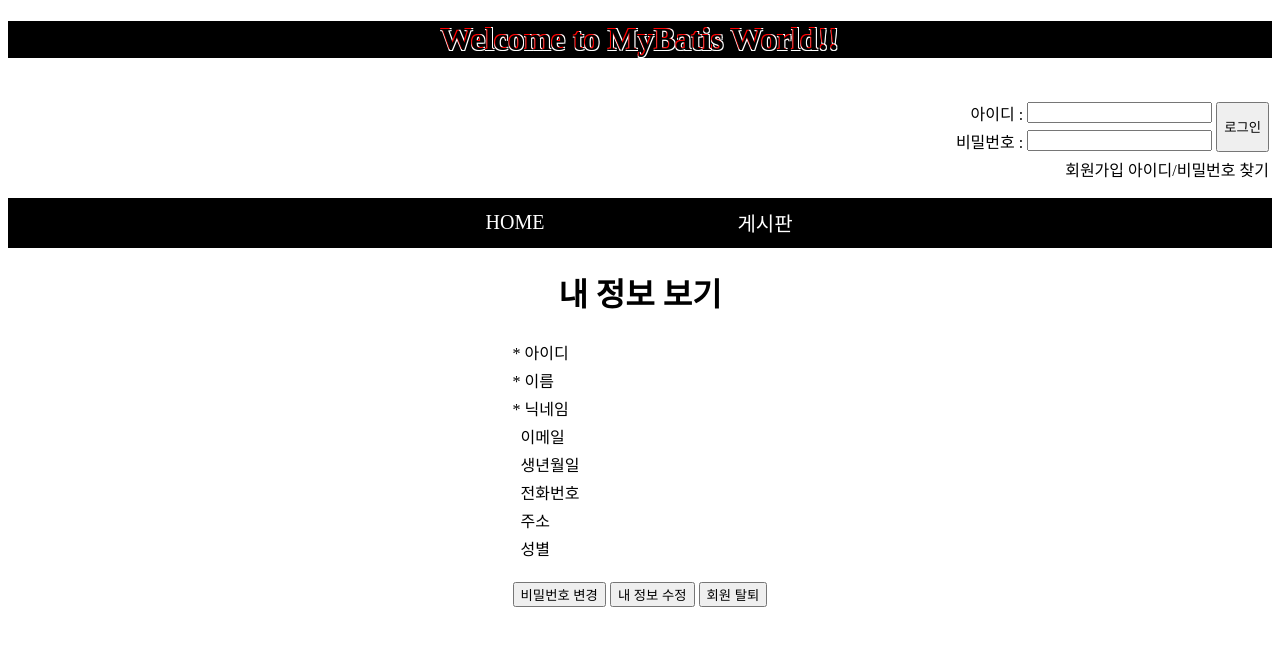
Repository: SoulJ-K/myBatis
Page: http://localhost/1_MyBatis/views/member/memberInfo.jsp
An editor plug-in stored every save of this project. The page is shown before and after the next save, followed by the edit.
The browser window is 1280 px wide. The pictures show the whole page.
The page is served by Tomcat 9.

Above is the page before, as saved 2020-05-08 07:05:23.

After the next save:
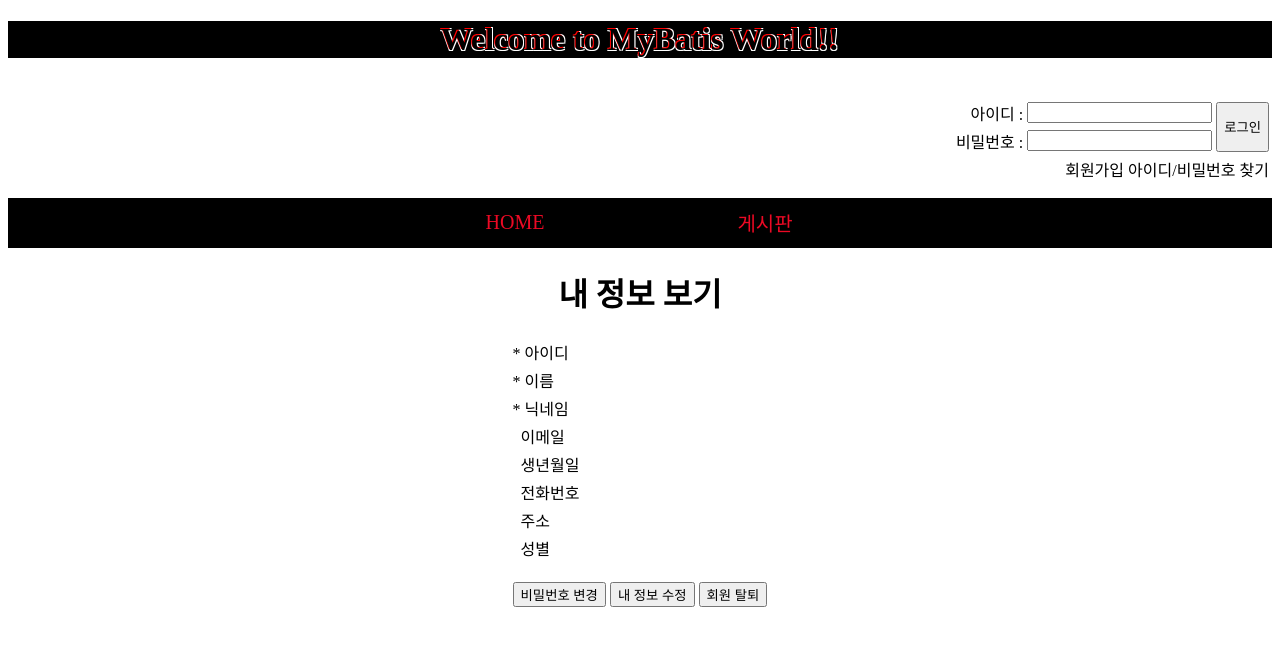
Saved 9 min 24 s later.
--- a/1_MyBatis/WebContent/views/common/menubar.jsp
+++ b/1_MyBatis/WebContent/views/common/menubar.jsp
@@ -19,7 +19,7 @@
 	.menu{display: table-cell; font-size : 20px;
 		  width : 250px; height : 50px;
 		  text-align: center; vertical-align : middle;
-		   background: black; color: white;}
+		   background: black; color: #EC0924;}
 	.menu:hover{background: orangered; cursor: pointer;}
 </style>
 </head>
